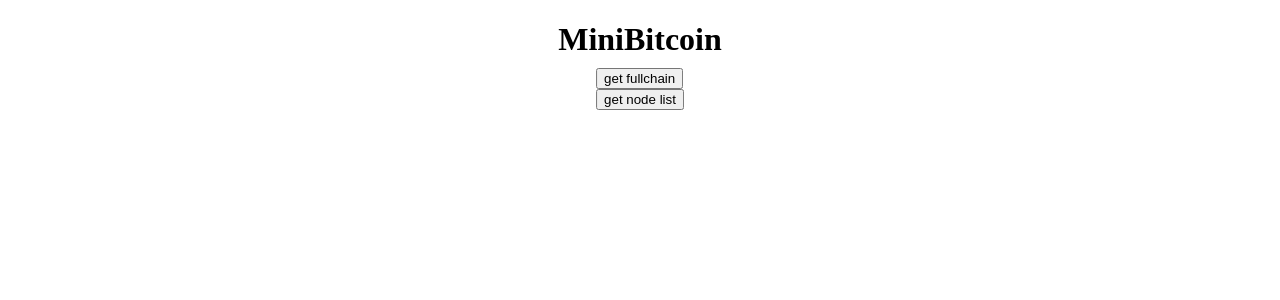
Repository: lam4562311/Minibitcoin
Page: http://localhost/
These files come from the project's save history. The page is drawn as it stood at one moment and after the next save; the edit follows.
The browser window is 1280 px wide. The pictures show the whole page.
Some web libraries are served in a nearby version. The page is served by the project's application, run on Flask 3 (bitcoin-5003.py).

Above is the page before, as saved 2022-04-08 22:07:59.

After the next save:
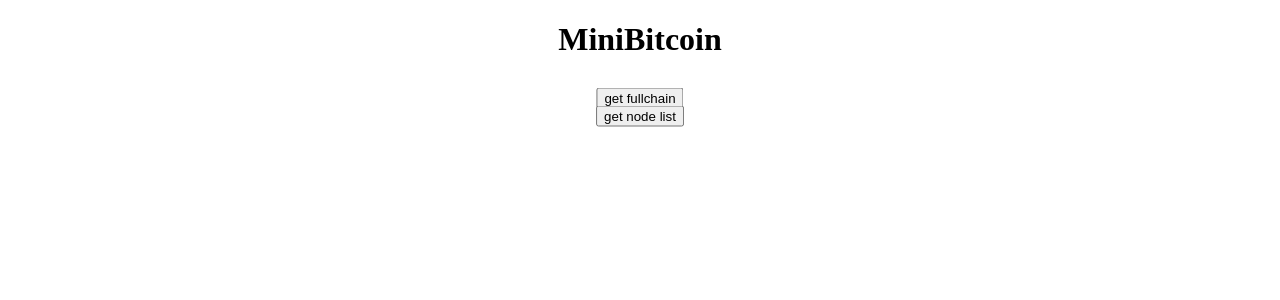
Saved 6 min 15 s later.
--- a/templates/homepage.html
+++ b/templates/homepage.html
@@ -15,15 +15,17 @@
 
         <h1><center> MiniBitcoin </center></h1>
 
-        <div class="center">
+
         <span id="fullchain_span"></span>
         <br/>
-        <button id="get_chain_bt">get fullchain</button>
-
+            <div class="center">
+            <button id="get_chain_bt">get fullchain</button>
+            </div>
         <span id="node_list_span"></span>
         <br/>
-        <button id="get_node_bt">get node list</button>
-        </div>
+            <div class="center">
+            <button id="get_node_bt">get node list</button>
+            </div>
 
     <script src="//ajax.googleapis.com/ajax/libs/jquery/1.9.1/jquery.min.js"></script>
     <script src="{{url_for("static", filename="index.js")}}"></script>
